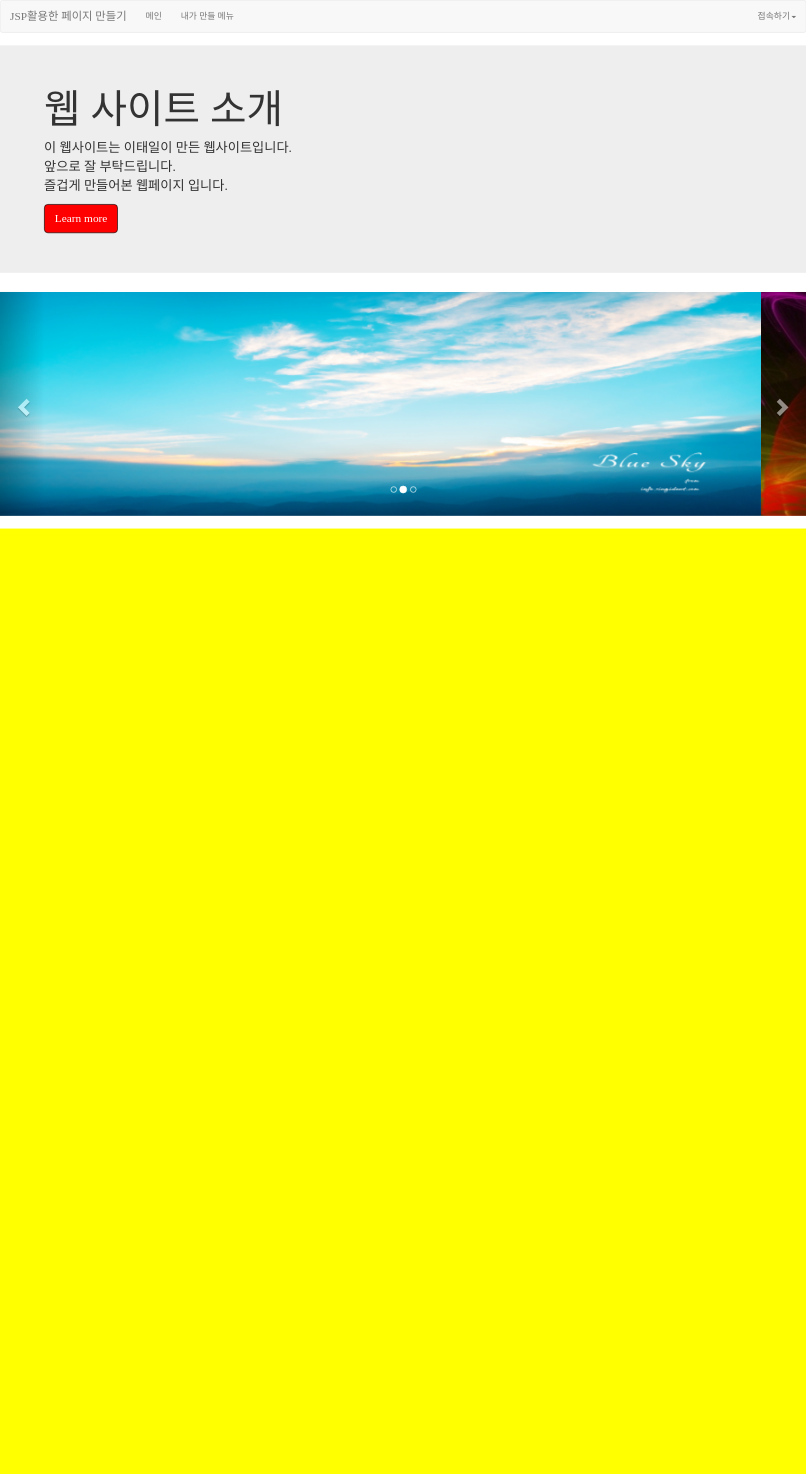
Repository: taeillee1/Newstudy
Page: http://localhost/SpringMVCJava/WEB-INF/views/mainpage.jsp
An editor plug-in stored every save of this project. The page is shown before and after the next save, followed by the edit.
The browser window is 1280 px wide. The pictures show the whole page, at 63% of full size.
Some web fonts or font styles are not loaded; a fallback is used. Some web libraries are served in a nearby version. The page is served by Tomcat 9. Nobody is signed in. The template is opened directly, without the code that normally fills it, so the values that code supplies are empty.

Above is the page before, as saved 2022-01-08 11:23:06.

After the next save:
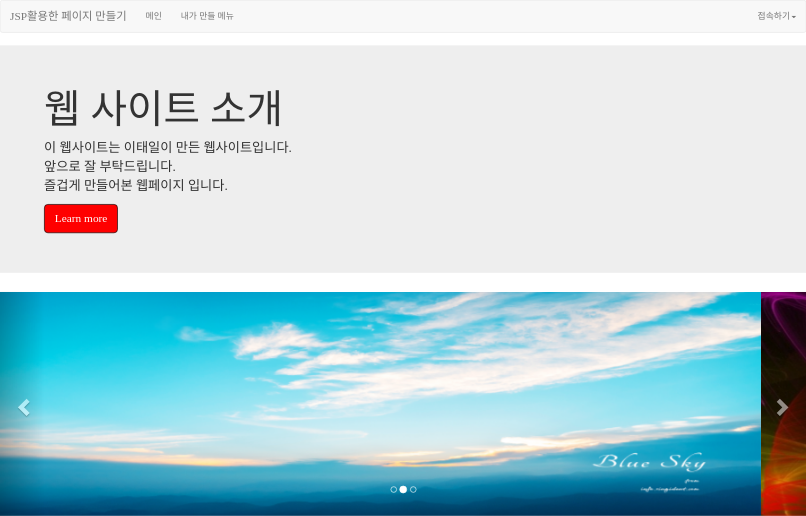
Saved 77 min 29 s later.
--- a/Newpage/SpringMVCJava/src/main/webapp/WEB-INF/views/mainpage.jsp
+++ b/Newpage/SpringMVCJava/src/main/webapp/WEB-INF/views/mainpage.jsp
@@ -110,9 +110,7 @@
 				<span class="glyphicon glyphicon-chevron-right"></span>
 			</a>
 		</div>
-		<div class="taeil">
 
-		</div>
 
 
 
